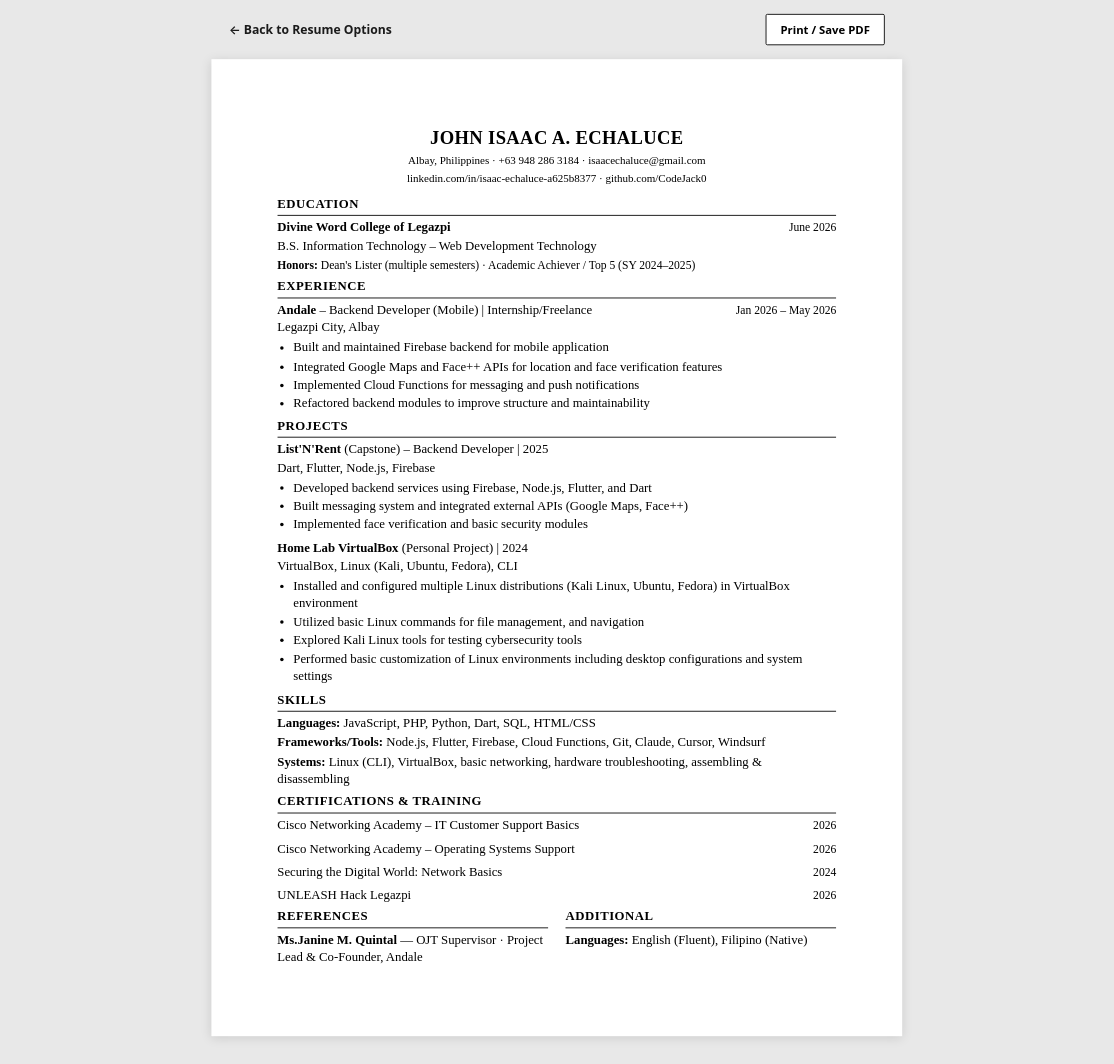
Repository: CodeJack0/Professional_Portfolio
Page: pages/resume.html
These files come from the project's save history. The page is drawn as it stood at one moment and after the next save; the edit follows.
The browser window is 1280 px wide. The pictures show the whole page, at 87% of full size.

Above is the page before, as saved 2026-05-30 13:57:40.

### pages/resume.html
<!DOCTYPE html>
<html lang="en">
<head>
  <meta charset="UTF-8" />
  <meta name="viewport" content="width=device-width, initial-scale=1.0" />
  <meta name="description" content="Resume / CV — John Isaac A. Echaluce, IT Graduate" />
  <title>Resume / CV — John Isaac A. Echaluce</title>
  <link rel="stylesheet" href="../css/resume.css" />
</head>
<body class="resume-page">
  <div class="resume-toolbar no-print">
    <a href="resumes.html" class="toolbar-link">← Back to Resume Options</a>
    <button type="button" class="toolbar-btn" onclick="window.print()">Print / Save PDF</button>
  </div>

  <article class="resume-document" aria-label="Resume">
    <header class="resume-header">
      <h1 class="resume-name">John Isaac A. Echaluce</h1>
      <p class="resume-contact-line">
        Albay, Philippines · <a href="tel:+639482863184">+63 948 286 3184</a> ·
        <a href="mailto:isaacechaluce@gmail.com">isaacechaluce@gmail.com</a>
      </p>
      <p class="resume-contact-line resume-contact-line--links">
        <a href="https://www.linkedin.com/in/isaac-echaluce-a625b8377/" rel="noopener noreferrer">linkedin.com/in/isaac-echaluce-a625b8377</a> ·
        <a href="https://github.com/CodeJack0" rel="noopener noreferrer">github.com/CodeJack0</a>
      </p>
    </header>

    <main class="resume-content">
      <section class="resume-section">
        <h2 class="resume-section-title">Education</h2>

        <div class="entry">
          <div class="entry-row">
            <span class="entry-left"><strong>Divine Word College of Legazpi</strong></span>
            <span class="entry-right">June 2026</span>
          </div>
          <div class="entry-row entry-row--sub">
            <span class="entry-left">B.S. Information Technology – Web Development Technology</span>
          </div>
          <p class="honors-line">
            <strong>Honors:</strong> Dean's Lister (multiple semesters) · Academic Achiever / Top 5 (SY 2024–2025)
          </p>
        </div>
      </section>

      <section class="resume-section">
        <h2 class="resume-section-title">Experience</h2>

        <div class="entry">
          <div class="entry-row">
            <span class="entry-left"><strong>Andale</strong> – Backend Developer (Mobile) | Internship/Freelance</span>
            <span class="entry-right">Jan 2026 – May 2026</span>
          </div>
          <div class="entry-row entry-row--sub">
            <span class="entry-left">Legazpi City, Albay</span>
          </div>
          <ul class="resume-list">
            <li>Built and maintained Firebase backend for mobile application</li>
            <li>Integrated Google Maps and Face++ APIs for location and face verification features</li>
            <li>Implemented Cloud Functions for messaging and push notifications</li>
            <li>Refactored backend modules to improve structure and maintainability</li>
          </ul>
        </div>
      </section>

      <section class="resume-section">
        <h2 class="resume-section-title">Projects</h2>

        <div class="entry">
          <div class="entry-row">
            <span class="entry-left"><strong>List'N'Rent</strong> (Capstone) – Backend Developer | 2025</span>
            <span class="entry-right"></span>
          </div>
          <div class="entry-row entry-row--sub">
            <span class="entry-left">Dart, Flutter, Node.js, Firebase</span>
          </div>
          <ul class="resume-list">
            <li>Developed backend services using Firebase, Node.js, Flutter, and Dart</li>
            <li>Built messaging system and integrated external APIs (Google Maps, Face++)</li>
            <li>Implemented face verification and basic security modules</li>
          </ul>
        </div>

        <div class="entry">
          <div class="entry-row">
            <span class="entry-left"><strong>Home Lab VirtualBox</strong> (Personal Project) | 2024</span>
            <span class="entry-right"></span>
          </div>
          <div class="entry-row entry-row--sub">
            <span class="entry-left">VirtualBox, Linux (Kali, Ubuntu, Fedora), CLI</span>
          </div>
          <ul class="resume-list">
            <li>Installed and configured multiple Linux distributions (Kali Linux, Ubuntu, Fedora) in VirtualBox environment</li>
            <li>Utilized basic Linux commands for  file management, and navigation</li>
            <li>Explored Kali Linux tools for testing cybersecurity tools</li>
            <li>Performed basic customization of Linux environments including desktop configurations and system settings</li>
          </ul>
        </div>


      <section class="resume-section">
        <h2 class="resume-section-title">Skills</h2>
        <p class="skills-line"><strong>Languages:</strong> JavaScript, PHP, Python, Dart, SQL, HTML/CSS</p>
        <p class="skills-line"><strong>Frameworks/Tools:</strong> Node.js, Flutter, Firebase, Cloud Functions, Git, Claude, Cursor, Windsurf</p>
        <p class="skills-line"><strong>Systems:</strong> Linux (CLI), VirtualBox, basic networking, hardware troubleshooting, assembling & disassembling</p>
      </section>

      <section class="resume-section">
        <h2 class="resume-section-title">Certifications & Training</h2>

        <div class="entry entry--compact">
          <div class="entry-row">
            <span class="entry-left">Cisco Networking Academy – IT Customer Support Basics</span>
            <span class="entry-right">2026</span>
          </div>
        </div>

        <div class="entry entry--compact">
          <div class="entry-row">
            <span class="entry-left">Cisco Networking Academy – Operating Systems Support</span>
            <span class="entry-right">2026</span>
          </div>
        </div>

        <div class="entry entry--compact">
          <div class="entry-row">
            <span class="entry-left">Securing the Digital World: Network Basics</span>
            <span class="entry-right">2024</span>
          </div>
        </div>

        <div class="entry entry--compact">
          <div class="entry-row">
            <span class="entry-left">UNLEASH Hack Legazpi</span>
            <span class="entry-right">2026</span>
          </div>
        </div>
      </section>

      <section class="resume-section resume-section--combined">
        <div class="resume-two-col">
          <div>
            <h2 class="resume-section-title">References</h2>
            <p class="skills-line"><strong>Ms.Janine M. Quintal</strong> — OJT Supervisor · Project Lead &amp; Co-Founder, Andale</p>
          </div>
          <div>
            <h2 class="resume-section-title">Additional</h2>
            <p class="skills-line"><strong>Languages:</strong> English (Fluent), Filipino (Native)</p>
          </div>
        </div>
      </section>
    </main>
  </article>
</body>
</html>

### css/resume.css
/* Harvard-style resume — conservative, single column, print-first (A4) */

:root {
  --resume-page-width: 210mm;
  --resume-page-height: 297mm;
  --resume-page-margin: 20mm;
}

*,
*::before,
*::after {
  box-sizing: border-box;
}

body.resume-page {
  margin: 0;
  font-family: "Times New Roman", Times, Georgia, serif;
  font-size: 11pt;
  line-height: 1.35;
  color: #000;
  background: #e8e8e8;
  -webkit-font-smoothing: antialiased;
}

/* Toolbar (screen only) */
.resume-toolbar {
  display: flex;
  align-items: center;
  justify-content: space-between;
  max-width: var(--resume-page-width);
  margin: 0 auto;
  padding: 1rem 1.25rem;
  gap: 1rem;
  font-family: system-ui, -apple-system, sans-serif;
}

.toolbar-link {
  font-size: 0.875rem;
  font-weight: 600;
  color: #1a1a1a;
  text-decoration: none;
}

.toolbar-link:hover {
  text-decoration: underline;
}

.toolbar-btn {
  font-family: inherit;
  font-size: 0.8125rem;
  font-weight: 600;
  padding: 0.5rem 1rem;
  border: 1px solid #000;
  border-radius: 2px;
  background: #fff;
  color: #000;
  cursor: pointer;
}

.toolbar-btn:hover {
  background: #f5f5f5;
}

/* Document */
.resume-document {
  width: 100%;
  max-width: var(--resume-page-width);
  min-height: var(--resume-page-height);
  margin: 0 auto 2rem;
  padding: var(--resume-page-margin);
  background: #fff;
  box-shadow: 0 2px 12px rgba(0, 0, 0, 0.12);
}

/* Header */
.resume-header {
  text-align: center;
  margin-bottom: 0.65rem;
}

.resume-name {
  font-size: 16pt;
  font-weight: 700;
  margin: 0 0 0.25rem;
  letter-spacing: 0.02em;
  text-transform: uppercase;
}

.resume-tagline {
  margin: 0;
  font-size: 10.5pt;
  font-style: italic;
}

.resume-summary {
  margin: 0.35rem auto 0;
  max-width: 95%;
  font-size: 10pt;
  line-height: 1.4;
  text-align: center;
}

.resume-contact-line {
  margin: 0.2rem 0 0;
  font-size: 9.5pt;
  line-height: 1.45;
}

.resume-contact-line--links {
  margin-top: 0.1rem;
}

.resume-contact-line a {
  color: inherit;
  text-decoration: none;
}

.resume-contact-line a:hover {
  text-decoration: underline;
}

.honors-line {
  margin: 0.2rem 0 0;
  font-size: 10pt;
  line-height: 1.35;
}

.entry-note {
  margin: 0.15rem 0 0;
  font-size: 9.5pt;
  font-style: italic;
  line-height: 1.35;
}

/* Sections */
.resume-content {
  margin: 0;
}

.resume-section {
  margin-bottom: 0.3rem;
}

.entry--compact {
  margin-bottom: 0.2rem;
}

.resume-two-col {
  display: grid;
  grid-template-columns: 1fr 1fr;
  gap: 1.25rem;
  align-items: start;
}

.resume-two-col .resume-section-title {
  margin-top: 0;
}

.resume-section--combined {
  margin-bottom: 0;
}

.skills-line--muted {
  font-size: 9.5pt;
  font-style: italic;
}

.resume-section:last-child {
  margin-bottom: 0;
}

.resume-section-title {
  font-size: 11pt;
  font-weight: 700;
  text-transform: uppercase;
  letter-spacing: 0.04em;
  margin: 0.35rem 0 0.25rem;
  padding-bottom: 0.15rem;
  border-bottom: 1px solid #000;
}

.resume-section:first-child .resume-section-title {
  margin-top: 0;
}

/* Entries */
.entry {
  margin-bottom: 0.45rem;
}

.entry:last-child {
  margin-bottom: 0;
}

.entry-row {
  display: flex;
  justify-content: space-between;
  align-items: baseline;
  gap: 1rem;
}

.entry-row--sub {
  margin-top: 0.05rem;
}

.entry-left {
  flex: 1;
  min-width: 0;
}

.entry-right {
  flex-shrink: 0;
  white-space: nowrap;
  font-size: 10pt;
}

/* Lists */
.resume-list {
  margin: 0.2rem 0 0;
  padding-left: 1.15rem;
}

.resume-list li {
  margin-bottom: 0.1rem;
}

.resume-list--plain {
  list-style: disc;
  padding-left: 1.15rem;
}

/* Skills */
.skills-line {
  margin: 0.15rem 0 0;
}

.skills-line:first-of-type {
  margin-top: 0.1rem;
}

.resume-section--inline .skills-line {
  margin-top: 0.1rem;
}

.skills-grid {
  display: grid;
  grid-template-columns: 1fr 1fr;
  gap: 1rem;
  margin-top: 0.1rem;
}

.skills-grid .resume-list {
  margin: 0;
}

/* Responsive */
@media (max-width: 640px) {
  .resume-document {
    min-height: auto;
    padding: 1rem;
  }

  .resume-contact-line {
    font-size: 9pt;
  }

  .entry-row {
    flex-direction: column;
    gap: 0.1rem;
  }

  .entry-right {
    white-space: normal;
  }

  .resume-two-col {
    grid-template-columns: 1fr;
    gap: 0.5rem;
  }
}

/* Print */
@media print {
  @page {
    size: A4;
    margin: 0;
  }

  body.resume-page {
    background: #fff;
    font-size: 11pt;
  }

  .no-print {
    display: none !important;
  }

  .resume-document {
    max-width: none;
    min-height: auto;
    margin: 0;
    padding: var(--resume-page-margin);
    box-shadow: none;
  }

  .resume-contact-line a {
    text-decoration: none;
  }

  .entry,
  .resume-section {
    break-inside: avoid;
  }
}

After the next save:
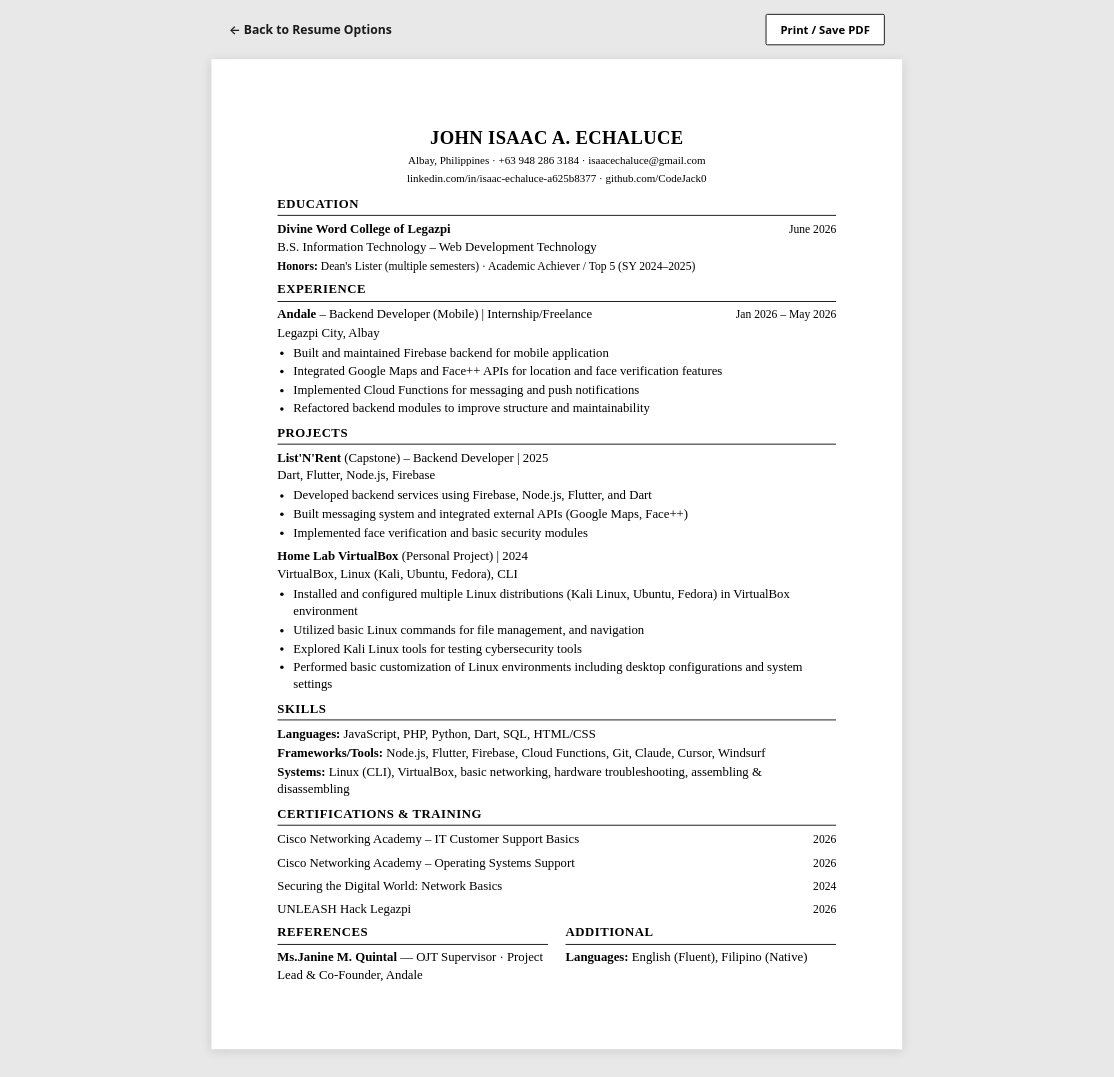
Saved 77 s later.
--- a/css/resume.css
+++ b/css/resume.css
@@ -138,7 +138,7 @@ body.resume-page {
 }
 
 .resume-section {
-  margin-bottom: 0.3rem;
+  margin-bottom: 0.45rem;
 }
 
 .entry--compact {
@@ -174,7 +174,7 @@ body.resume-page {
   font-weight: 700;
   text-transform: uppercase;
   letter-spacing: 0.04em;
-  margin: 0.35rem 0 0.25rem;
+  margin: 0.5rem 0 0.35rem;
   padding-bottom: 0.15rem;
   border-bottom: 1px solid #000;
 }
